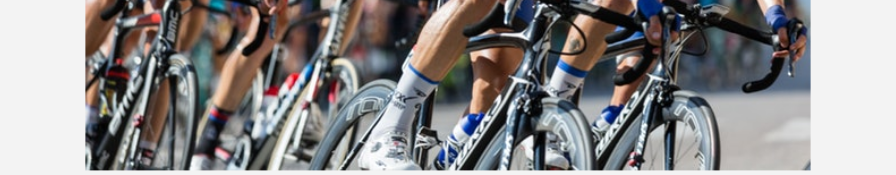
Repository: EswinGiova/NewsGrid
Page: index.html
The author's editor kept a copy of each file at every save. The page is drawn from the files as they stood at one save, then again after the next save.
The browser window is 1280 px wide. The pictures show the part of the page from y = 2708 to 4628 px (the page is 2958 px tall before and 4640 px after), at 70% of full size.
Some web libraries are served in a nearby version.

Above is the page before, as saved 2020-09-19 20:30:12.

### index.html
<!DOCTYPE html>
<html lang="en">
  <head>
    <meta charset="UTF-8" />
    <meta name="viewport" content="width=device-width, initial-scale=1.0" />
    <link rel="shortcut icon" type="image/x-icon" href="favicon.ico" />
    <link
      href="https://fonts.googleapis.com/css2?family=Lato&family=Staatliches&display=swap"
      rel="stylesheet"
    />
    <link rel="stylesheet" href="./css/style.css" />
    <link
      rel="stylesheet"
      media="screen and (max-width: 768px)"
      href="./css/mobile.css"
    />

    <link
      rel="stylesheet"
      href="https://cdnjs.cloudflare.com/ajax/libs/font-awesome/5.14.0/css/all.min.css"
      integrity="sha512-1PKOgIY59xJ8Co8+NE6FZ+LOAZKjy+KY8iq0G4B3CyeY6wYHN3yt9PW0XpSriVlkMXe40PTKnXrLnZ9+fkDaog=="
      crossorigin="anonymous"
    />

    <title>NewsGrid | Latest News</title>
  </head>
  <body>
    <nav id="main-nav">
      <div class="container">
        <img src="./image_resources/logo.png" alt="" class="logo" />
        <div class="social">
          <a href="#" target="_blank"><i class="fab fa-facebook fa-2x"></i></a>
          <a href="#" target="_blank"><i class="fab fa-twitter fa-2x"></i></a>
          <a href="#" target="_blank"><i class="fab fa-instagram fa-2x"></i></a>
          <a href="#" target="_blank"><i class="fab fa-youtube fa-2x"></i></a>
        </div>
        <ul>
          <li><a href="#" class="current">Home</a></li>
          <li><a href="#">About </a></li>
        </ul>
      </div>
    </nav>

    <header id="showcase">
      <div class="container">
        <div class="showcase-container">
          <div class="showcase-content">
            <div class="category category-sports">Sports</div>
            <h1>Some Shit</h1>
            <p>
              Lorem ipsum, dolor sit amet consectetur adipisicing elit.
              Distinctio non praesentium a obcaecati veritatis quis quaerat
              cumque dolore dolorum libero! Neque distinctio aut expedita
              officiis!
            </p>
            <a href="./article.html" class="btn btn-primary">Read More </a>
          </div>
        </div>
      </div>
    </header>
    <!-- Hombe articles -->

    <section id="home-articles" class="py-2">
      <h2>Editors Picks</h2>

      <div class="container">
        <article class="card">
          <img src="./image_resources/articles/ent1.jpg" alt="" />
          <div>
            <div class="category category-ent">Entertaiment</div>
            <h3>
              <a href="./article.html">Lorem ipsum dolor sit amet</a>
            </h3>
            <p>
              Lorem ipsum dolor sit amet consectetur adipisicing elit. Magni ad
              quo tempore dolores. Tempore architecto quidem ea cum nam
              doloribus. Cumque, quod eos?
            </p>
          </div>
        </article>
        <article class="card">
          <div class="category category-sports">Sports</div>
          <h3>
            <a href="./article.html">Lorem ipsum dolor sit amet.</a>
          </h3>
          <p>
            Lorem ipsum, dolor sit amet consectetur adipisicing elit. Minus, ut
            fuga aspernatur amet obcaecati quibusdam voluptatum quia iure.
          </p>
        </article>

        <article class="card">
          <img src="./image_resources/articles/tech1.jpg" alt="" />
          <div class="category category-tech">Technology</div>
          <h3><a href="./article.html">Lorem ipsum dolor sit amet.</a></h3>
          <p>
            Lorem ipsum, dolor sit amet consectetur adipisicing elit. Vitae
            commodi incidunt minus eveniet eaque saepe voluptates ducimus
            voluptas itaque.
          </p>
        </article>

        <article class="card">
          <div class="category category-sports">Sports</div>
          <h3>
            <a href="./article.html">Sports</a>
          </h3>
          <p>
            Lorem ipsum dolor sit amet, consectetur adipisicing elit. Omnis aut
            optio magni neque consequuntur exercitationem ipsum explicabo quam
            reprehenderit facere.
          </p>
          <img src="./image_resources/articles/sports1.jpg" alt="" />
        </article>
      </div>
    </section>
  </body>
</html>

### css/style.css
:root {
  --primary-color: #c72727;
  --secondary-color: #f99500;
  --light-color: #f3f3f3;
  --dark-color: #333;
  --max-width: 1100px;
}

.category {
  --sports-color: #f99500;
  --ent-color: #a66bbe;
  --tech-color: #009cff;
}
* {
  margin: 0;
  padding: 0;
  box-sizing: border-box;
}
body {
  font-family: 'Lato', sans-serif;
  line-height: 1.5;
  background: var(--light-color);
}

a {
  color: var(--dark-color);
  text-decoration: none;
}

ul {
  list-style: none;
}

img {
  width: 100%;
}

h1,
h2,
h3,
h4,
h5,
h6 {
  font-family: 'Staaliches', cursive;
  margin-bottom: 0.55rem;
  line-height: 1.3rem;
}

/*  utility class */

.container {
  max-width: var(--max-width);
  margin: auto;
  padding: 0 2rem;
  overflow: hidden;
}

/* category */

.category {
  display: inline-block;
  color: #fff;
  font-size: 0.55rem;
  text-transform: uppercase;
  padding: 0.4rem 0.6rem;
  border-radius: 15px;
  margin-bottom: 0.5rem;
}

.category-sports {
  background: var(--sports-color);
}
.category-ent {
  background: var(--ent-color);
}
.category-tech {
  background: var(--tech-color);
}

/* btn */

.btn {
  display: inline-block;
  border: none;
  background: var(--dark-color);
  color: #fff;
  padding: 0.5rem 1.5rem;
}

.btn-light {
  background: var(--light-color);
}
.btn-primary {
  background: var(--primary-color);
}
.btn-secondary {
  background: var(--secondary-color);
}
.btn:hover {
  opacity: 0.8;
}

.btn-block {
  display: block;
  width: 100%;
  text-align: center;
}

/* Navigation */
#main-nav {
  background: #fff;
  position: sticky;
  top: 0;
  z-index: 2;
}

#main-nav .container {
  display: grid;
  grid-template-columns: 6fr 3fr 2fr;
  padding: 1rem;
  align-items: center;
}

#main-nav .logo {
  width: 180px;
}

#main-nav ul {
  display: flex;
  justify-self: end;
}

#main-nav ul li a {
  padding: 0.77rem;
  font-weight: bold;
}

#main-nav ul li .current {
  background: var(--primary-color);
  color: white;
}

#main-nav ul li .current:hover {
  background: var(--light-color);
  color: var(--dark-color);
}
#main-nav .social {
  justify-self: center;
}

#main-nav .social i {
  color: #777;
  margin-left: 0.5rem;
}

/* showcase */
#showcase {
  background: #333;
  color: #fff;
  position: relative;
}

#showcase:before {
  content: '';
  background: url('../image_resources/featured.jpg') center center/cover;
  position: absolute;
  top: 0;
  left: 0;
  width: 100%;
  height: 100%;
  opacity: 0.4;
}
#showcase .showcase-container {
  height: 50vh;
  display: grid;
  grid-template-columns: repeat(2, 1fr);
  justify-content: center;
  align-content: center;
}
#showcase .showcase-container .showcase-content {
  z-index: 2;
  text-align: justify;
}
#showcase .showcase-container .showcase-content p {
  margin: 1rem 0;
}

Loaded but not shown: css/mobile.css (no copy from this time; the picture is the same without it)

After the next save:
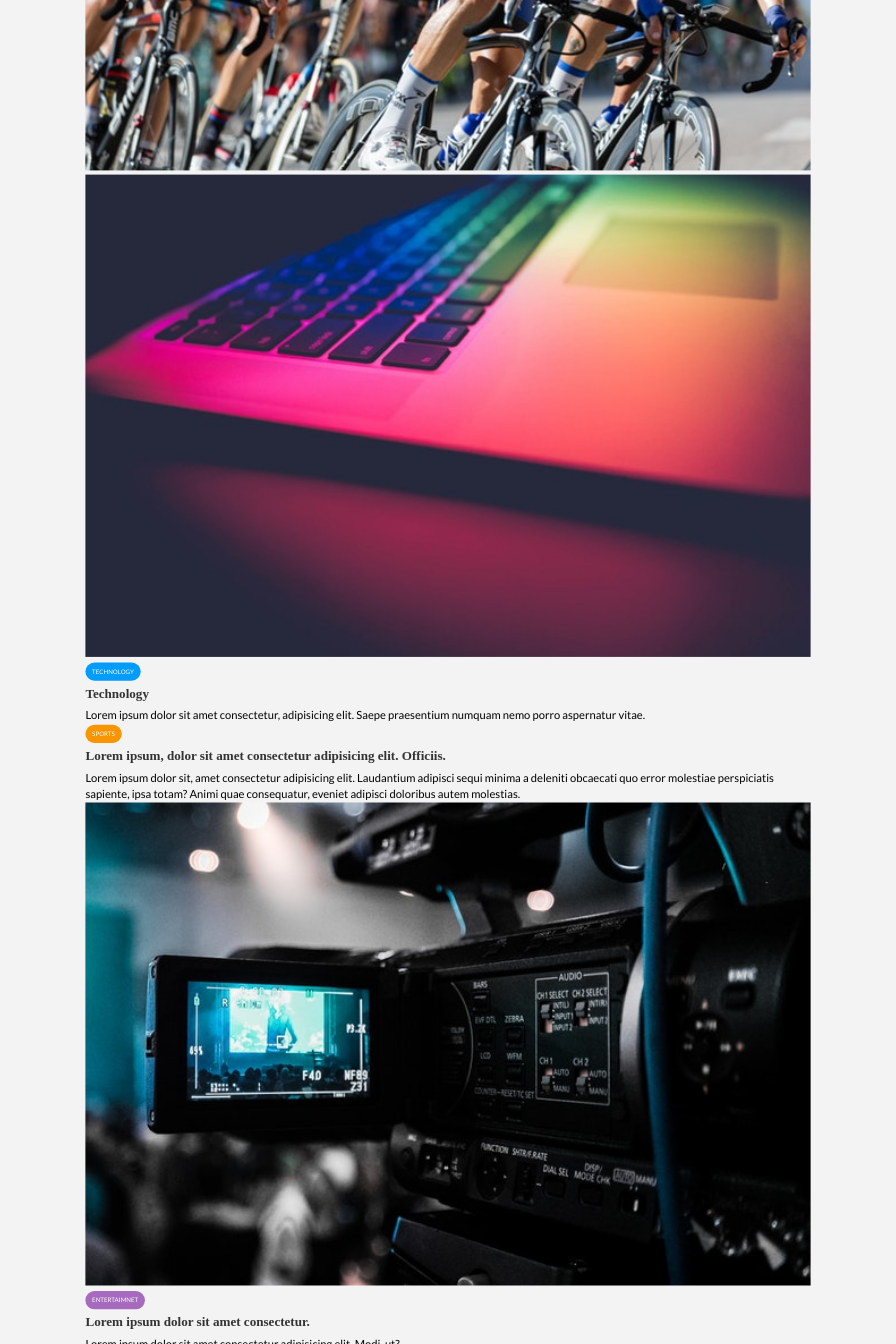
Saved 4 min 12 s later.
--- a/index.html
+++ b/index.html
@@ -112,6 +112,46 @@
           </p>
           <img src="./image_resources/articles/sports1.jpg" alt="" />
         </article>
+
+        <article class="card">
+          <img src="./image_resources/articles/tech2.jpg" alt="" />
+          <div class="category category-tech">Technology</div>
+          <h3><a href="./article.html">Technology</a></h3>
+          <p>
+            Lorem ipsum dolor sit amet consectetur, adipisicing elit. Saepe
+            praesentium numquam nemo porro aspernatur vitae.
+          </p>
+        </article>
+        <article class="card">
+          <div class="category category-sports">Sports</div>
+          <h3>
+            <a href="./article.html"
+              >Lorem ipsum, dolor sit amet consectetur adipisicing elit.
+              Officiis.</a
+            >
+          </h3>
+          <p>
+            Lorem ipsum dolor sit, amet consectetur adipisicing elit. Laudantium
+            adipisci sequi minima a deleniti obcaecati quo error molestiae
+            perspiciatis sapiente, ipsa totam? Animi quae consequatur, eveniet
+            adipisci doloribus autem molestias.
+          </p>
+        </article>
+
+        <article class="card">
+          <img src="./image_resources/articles/ent2.jpg" alt="" />
+          <div>
+            <div class="category category-ent">Entertaimnet</div>
+            <h3>
+              <a href="./article.html"
+                >Lorem ipsum dolor sit amet consectetur.</a
+              >
+            </h3>
+            <p>
+              Lorem ipsum dolor sit amet consectetur adipisicing elit. Modi, ut?
+            </p>
+          </div>
+        </article>
       </div>
     </section>
   </body>
